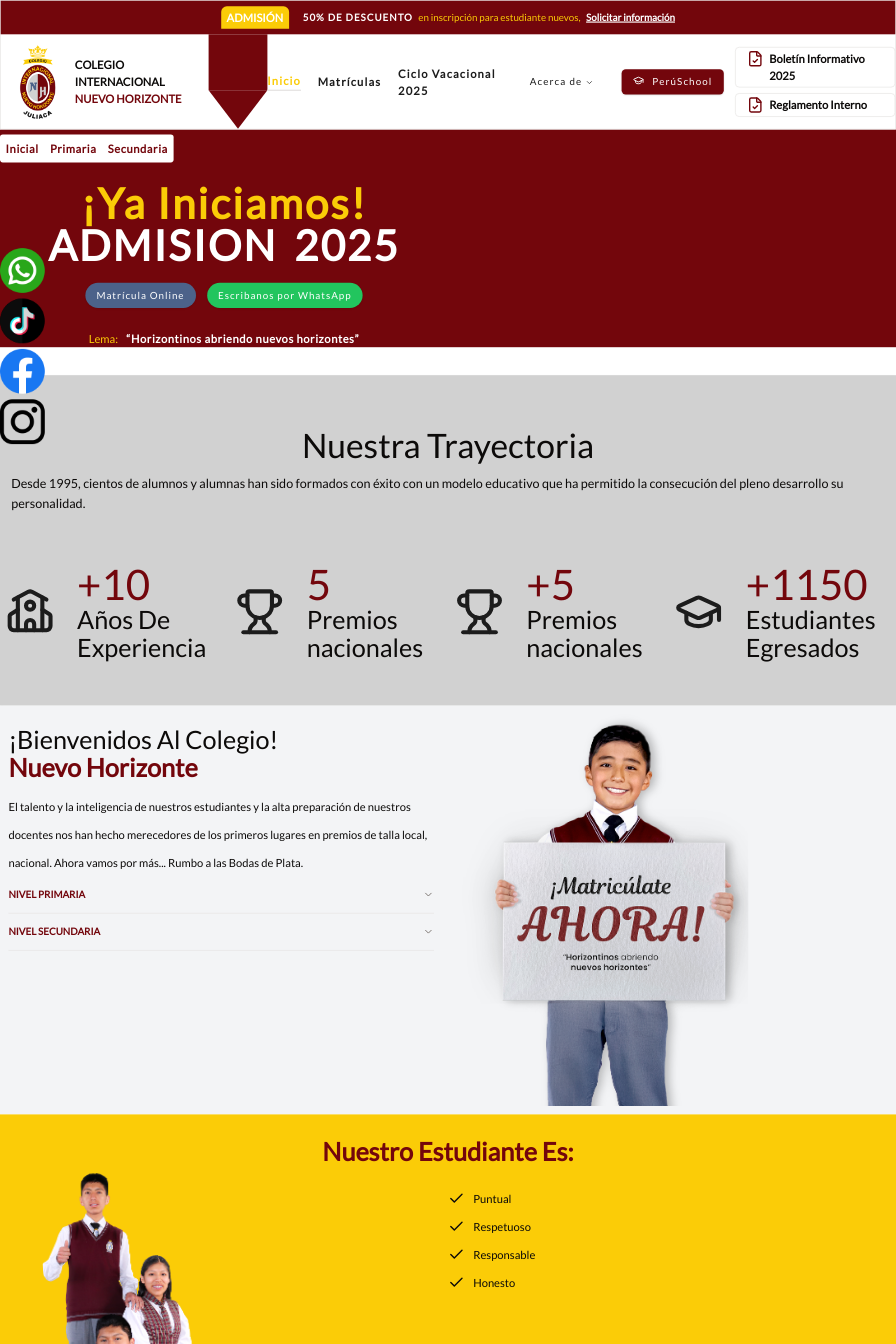
Repository: jefrydep/new_horizont_school
Page: /
An editor plug-in stored every save of this project. The page is shown before and after the next save, followed by the edit.
The browser window is 1280 px wide. The pictures show the part of the page from y = 0 to 1920 px (the page is 4331 px tall), at 70% of full size.
The project was rebuilt for these pictures with package versions that can differ from the ones it lists, and the page was loaded fresh each time. The framework's server and built-in components were replaced by stand-ins that run in the browser. Also part of the build but not shown: next.config.ts.

Above is the page before, as saved 2024-12-05 20:03:52.

After the next save:
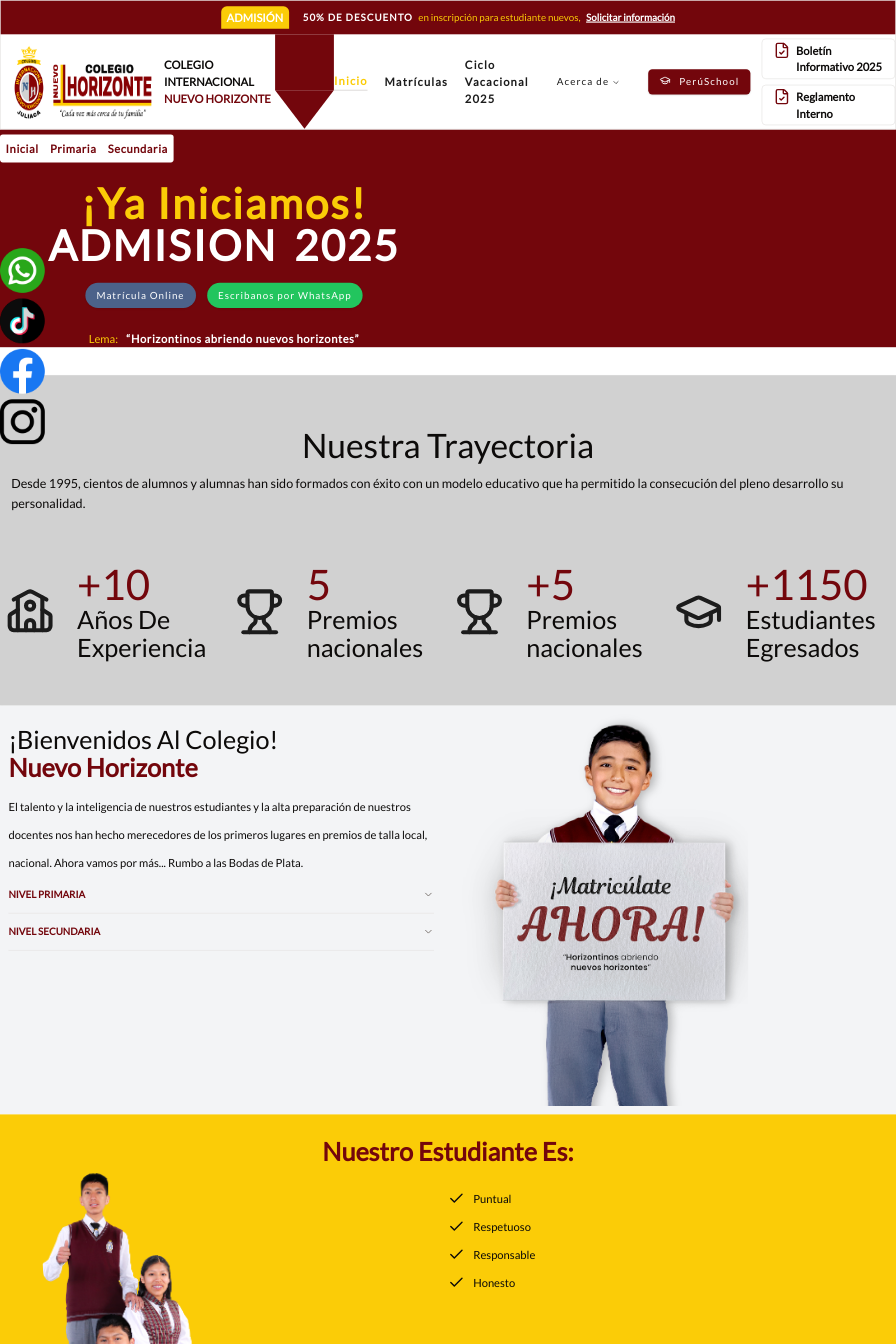
Saved 9 min 50 s later.
--- a/src/components/Navbar.tsx
+++ b/src/components/Navbar.tsx
@@ -62,7 +62,7 @@ export default function Navbar() {
         <div className="flex items-center">
           <div className=" ">
             <img
-              src="/ISOLOGO.png"
+              src="/LOGO.png"
               alt="Logo nuevo horizonte"
               className="h-24 sm:h-28"
             />
